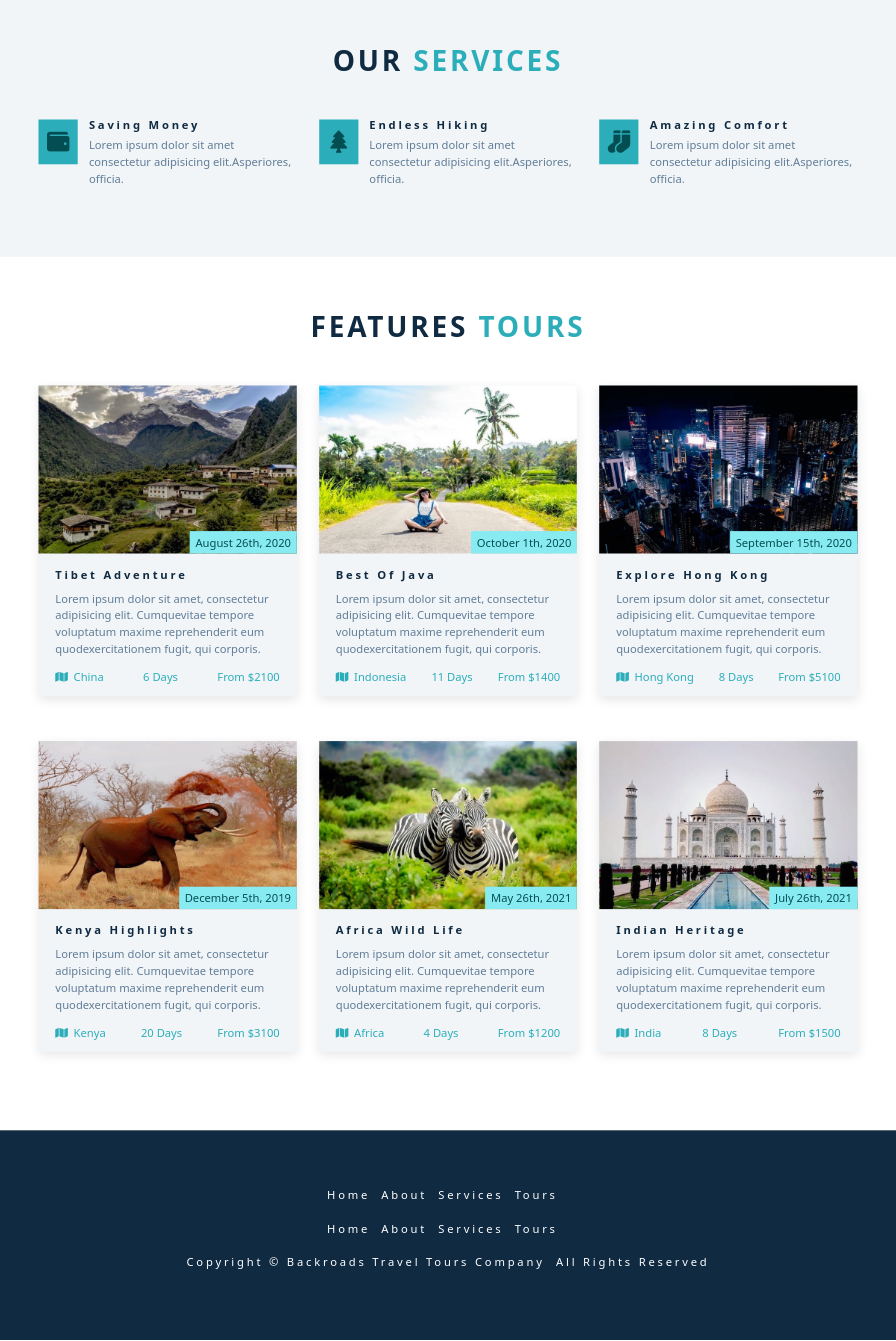
Repository: shivyank121/backRoad-app
Page: /
The author's editor kept a copy of each file at every save. The page is drawn from the files as they stood at one save, then again after the next save.
The browser window is 1280 px wide. The pictures show the part of the page from y = 1424 to 3344 px (the page is 3339 px tall before and 3344 px after), at 70% of full size.
Some web libraries are served in a nearby version. The project was rebuilt for these pictures with package versions that can differ from the ones it lists, and the page was loaded fresh each time.

Above is the page before, as saved 2023-08-21 01:47:58.

After the next save:
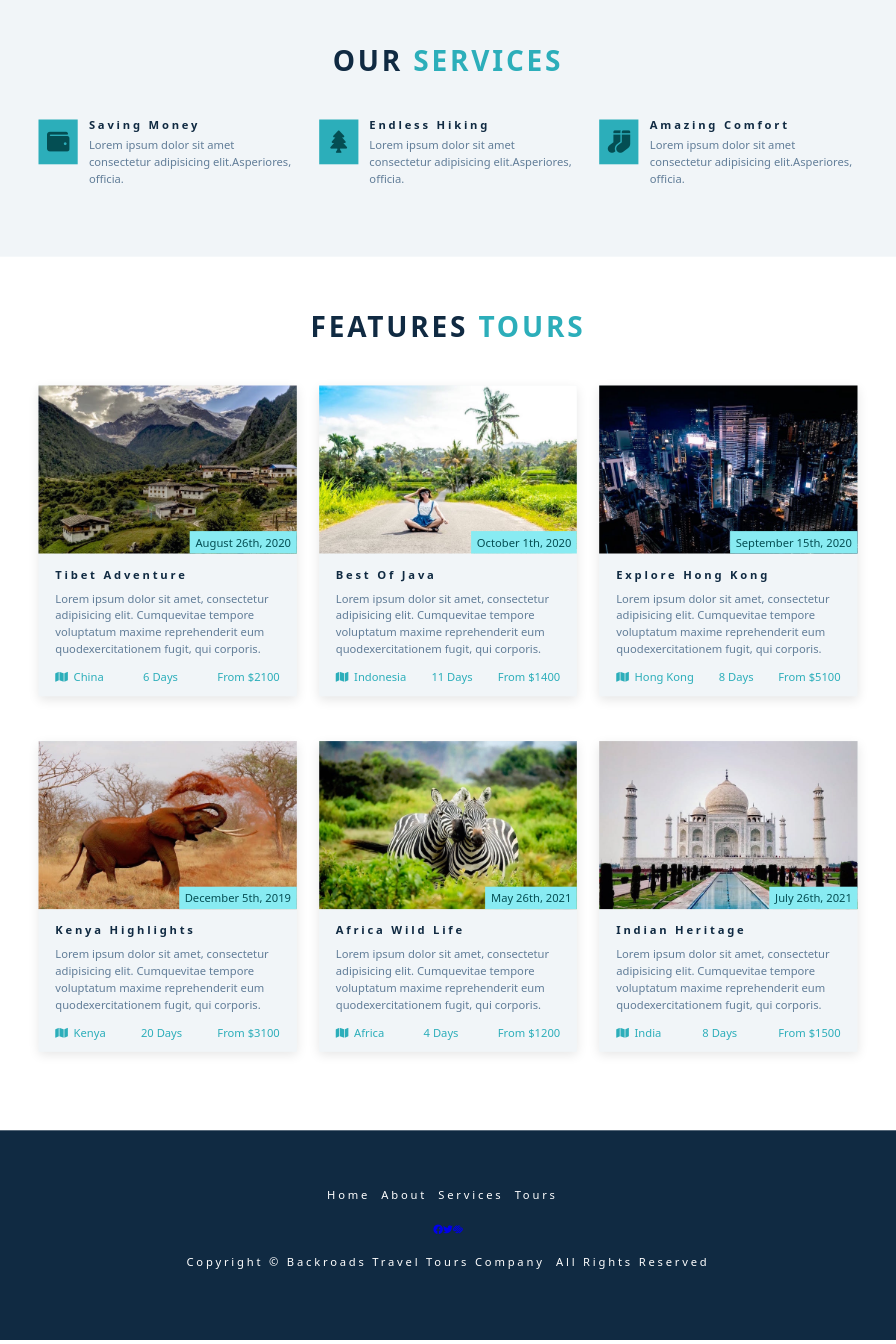
Saved 14 s later.
--- a/src/components/Footer.js
+++ b/src/components/Footer.js
@@ -18,16 +18,21 @@ export const Footer = () => {
 
     </ul>
     <ul className="footer-icons">
-    {pageLinks.map((link) => {
-            return (
-              <li key={link.id}>
-                <a href={link.href} className="footer-link">
-                  {link.text}
-
-                </a>
-              </li>
-            );
-          })}
+    {socialLinks.map((link)=>{
+                 const {id, href, icon} = link
+                 return(
+                    <li key={id}>
+                    <a
+                      href={href}
+                      target="_blank"
+                      rel="noreferrer"
+                      className="nav-icon"
+                    >
+                      <i className={icon}></i>
+                    </a>
+                  </li>
+                 )
+            })}
 
     </ul>
     <p className="copyright">
